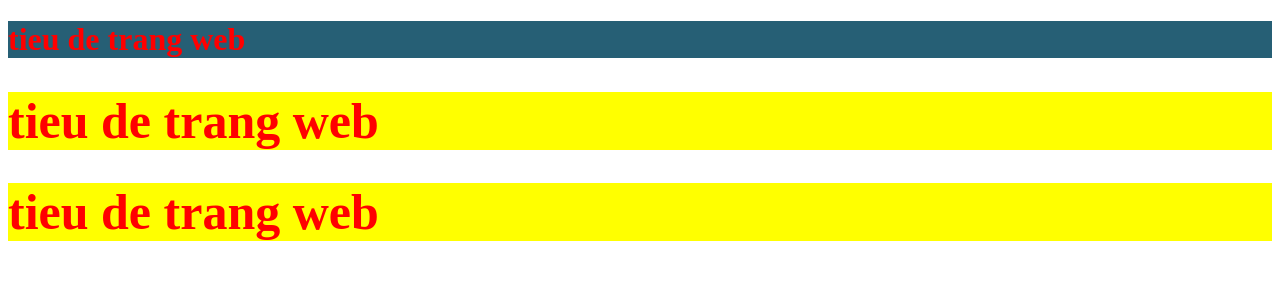
Repository: quocanh1010/quocanh1010.github.io
Page: Front End bai 1 2/index.html
These files come from the project's save history. The page is drawn as it stood at one moment and after the next save; the edit follows.
The browser window is 1280 px wide. The pictures show the whole page.

Above is the page before, as saved 2021-04-16 20:26:59.

### Front End bai 1 2/index.html
<!DOCTYPE html>
<html lang="en">

<head>
    <meta charset="UTF-8">
    <meta http-equiv="X-UA-Compatible" content="IE=edge">
    <meta name="viewport" content="width=device-width, initial-scale=1.0">
    <title>Techmaster</title>


    <style>
        h1 {
            color:red;
            background: rgb(38, 95, 117);
        }
        .mau-vang {
            background: yellow;
        }
        #big-size {
            font-size: 50px;
        }
    </style>

</head>

<body>

    <h1>tieu de trang web</h1>
    <h1 class="mau-vang" id="big-size">tieu de trang web</h1>
    <h1 class="mau-vang" id="big-size">tieu de trang web</h1>


</body>

</html>

After the next save:
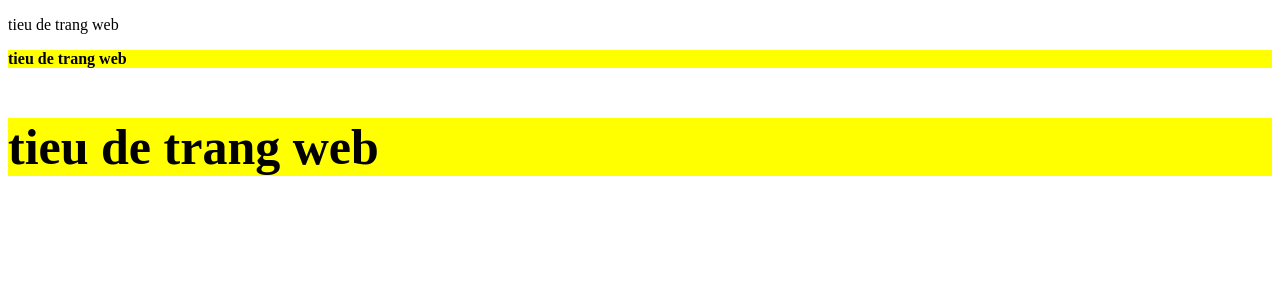
Saved 87 s later.
--- a/Front End bai 1 2/index.html
+++ b/Front End bai 1 2/index.html
@@ -15,19 +15,22 @@
         }
         .mau-vang {
             background: yellow;
+            font-weight: 800;
         }
+
         #big-size {
             font-size: 50px;
         }
+
     </style>
 
 </head>
 
 <body>
 
-    <h1>tieu de trang web</h1>
-    <h1 class="mau-vang" id="big-size">tieu de trang web</h1>
-    <h1 class="mau-vang" id="big-size">tieu de trang web</h1>
+    <p>tieu de trang web</p>
+    <p class="mau-vang" >tieu de trang web</p>
+    <p class="mau-vang" id="big-size">tieu de trang web</p>
 
 
 </body>
